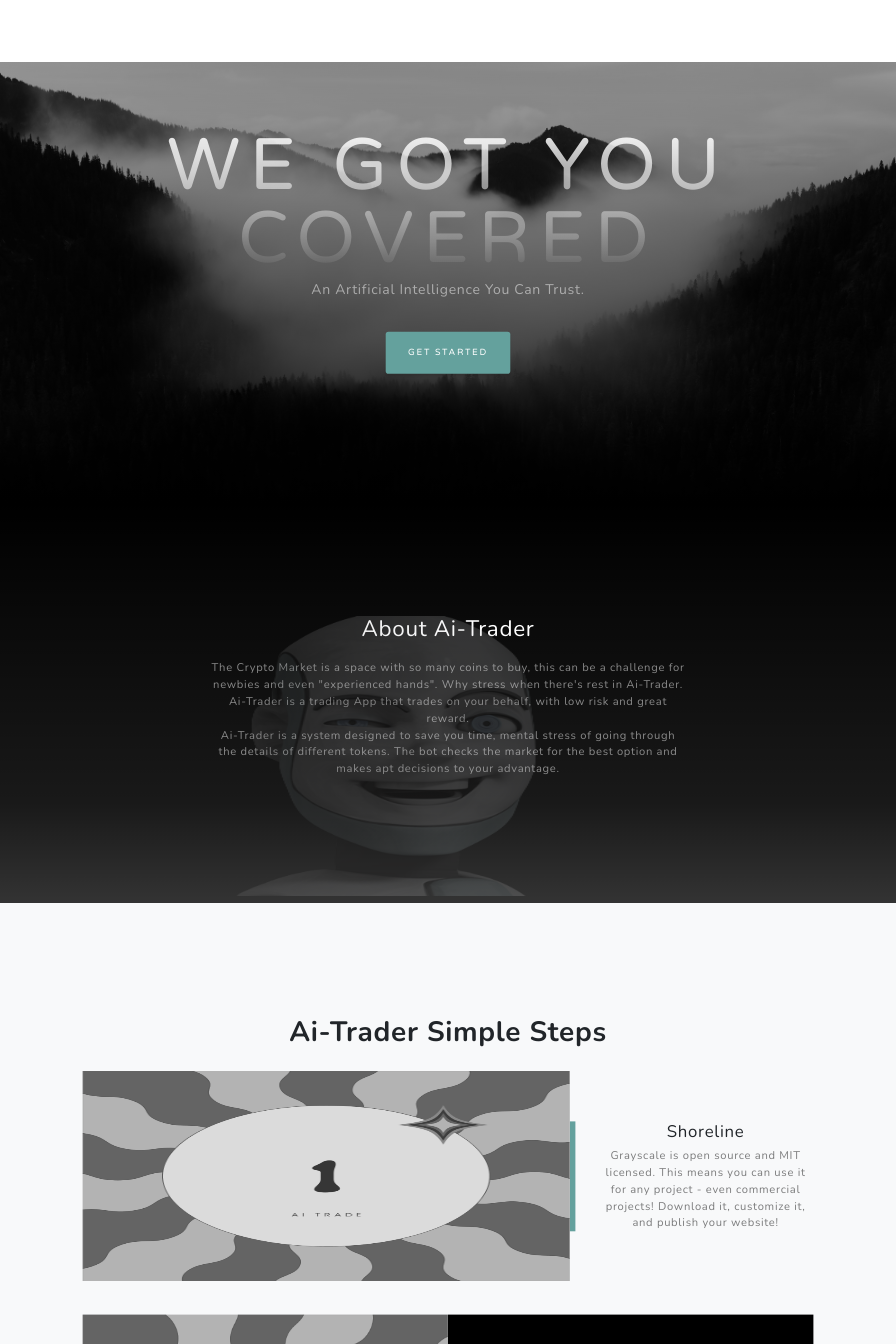
Repository: seyicoded/ico_one
Page: docs/index.html
An editor plug-in stored every save of this project. The page is shown before and after the next save, followed by the edit.
The browser window is 1280 px wide. The pictures show the part of the page from y = 0 to 1920 px (the page is 4178 px tall), at 70% of full size.

Above is the page before, as saved 2022-02-13 17:04:42.

### docs/index.html
<!DOCTYPE html>
<html lang="en">
    <head>
        <meta charset="utf-8" />
        <meta name="viewport" content="width=device-width, initial-scale=1, shrink-to-fit=no" />
        <meta name="description" content="" />
        <meta name="author" content="" />
        <title>Ai-Trader</title>
        <link rel="icon" type="image/x-icon" href="assets/favicon.ico" />
        <!-- Font Awesome icons (free version)-->
        <script src="https://use.fontawesome.com/releases/v5.15.4/js/all.js" crossorigin="anonymous"></script>
        <!-- Google fonts-->
        <link href="https://fonts.googleapis.com/css?family=Varela+Round" rel="stylesheet" />
        <link href="https://fonts.googleapis.com/css?family=Nunito:200,200i,300,300i,400,400i,600,600i,700,700i,800,800i,900,900i" rel="stylesheet" />
        <!-- Core theme CSS (includes Bootstrap)-->
        <link href="css/styles.css" rel="stylesheet" />
        <link href="css/animate.css" rel="stylesheet" />
        <link href="css/custom.css" rel="stylesheet" />
        <script src="js/jquery.js"></script>
        <script src="js/wow.js"></script>
        <script src="js/bs.js"></script>
        <script type="text/javascript">
            //Initiat WOW JS
            window.onload = function(){
                $("#loaderr").hide();
                new WOW().init();
            }
            // new WOW().init();
        </script>
        <style>
            #loaderr{
                position: fixed;
                z-index: 99;
                top: 0;
                bottom: 0;
                left: 0;
                right: 0;
                background: linear-gradient(grey, black);
                display: flex;
                justify-content: center;
                align-items: center;
            }
            #skip-loader{
                position: fixed;
                bottom: 3%;
                right: 3%;
                background-color: transparent;
                color: white;
                border: none;
            }
        </style>
    </head>
    <body id="page-top">
        <!--  loader start -->
        <div id="loaderr">
            <img src="assets/svg/Spin-0.5s-247px.svg" />
            <button id="skip-loader" onclick="$('#loaderr').hide()">skip</button>
        </div>
        <!-- loader stop -->

        <!-- Navigation-->
        <nav class="navbar navbar-expand-lg navbar-light fixed-top" id="mainNav">
            <div class="container px-4 px-lg-5">
                <a class="navbar-brand" href="#page-top">Ai-Trader</a>
                <button class="navbar-toggler navbar-toggler-right" type="button" data-bs-toggle="collapse" data-bs-target="#navbarResponsive" aria-controls="navbarResponsive" aria-expanded="false" aria-label="Toggle navigation">
                    Menu
                    <i class="fas fa-bars"></i>
                </button>
                <div class="collapse navbar-collapse" id="navbarResponsive">
                    <ul class="navbar-nav ms-auto">
                        <li class="nav-item"><a class="nav-link" href="#about">About</a></li>
                        <li class="nav-item"><a class="nav-link" href="#projects">Projects</a></li>
                        <li class="nav-item"><a class="nav-link" href="#signup">Contact</a></li>
                    </ul>
                </div>
            </div>
        </nav>
        <!-- Masthead-->
        <header class="masthead">
            <div class="container px-4 px-lg-5 d-flex h-100 align-items-center justify-content-center">
                <div class="d-flex justify-content-center">
                    <div class="text-center">
                        <h1 class="mx-auto my-0 text-uppercase wow fadeIn animated" data-wow-duration="1090ms" data-wow-delay="1000ms">We Got You Covered</h1>
                        <h2 class="text-white-50 mx-auto mt-2 mb-5 wow fadeIn animated" data-wow-duration="1090ms" data-wow-delay="1300ms">An Artificial Intelligence You Can Trust.</h2>
                        <a class="btn btn-primary wow fadeIn animated" href="#about"  data-wow-duration="1090ms" data-wow-delay="1600ms">Get Started</a>
                    </div>
                </div>
            </div>
        </header>
        <!-- About-->
        <section class="about-section text-center" id="about">
            <div class="container px-4 px-lg-5">
                <div class="row gx-4 gx-lg-5 justify-content-center">
                    <div class="col-lg-8">
                        <h2 class="text-white mb-4">About Ai-Trader</h2>
                        <p class="text-white-50">
                            The Crypto Market is a space with so many coins to buy, this can be a challenge for newbies and even "experienced hands". Why stress when there's rest in Ai-Trader. <br />
                            Ai-Trader is a trading App that trades on your behalf, with low risk and great reward. <br />
                            Ai-Trader is a system designed to save you time, mental stress of going through the details of different tokens. The bot checks the market for the best option and makes apt decisions to your advantage.
                        </p>
                    </div>
                    <img class="img-fluid" src="assets/img/ipad.png" style="filter: grayscale(80%); position: absolute; opacity: 19%; height: 400px;" alt="..." />
                </div>
                <!-- <img class="img-fluid" src="assets/img/ipad.png" style="filter: grayscale(80%); position: absolute; opacity: 30%;" alt="..." /> -->
                <div style="height: 100px;">&nbsp;</div>
            </div>
        </section>
        <!-- Projects-->
        <section class="projects-section bg-light" id="projects">
            <div class="container px-4 px-lg-5">
                <h1 style="text-align: center; font-weight: bold;">Ai-Trader Simple Steps</h1>
                <br />
                <!-- Featured Project Row-->
                <div class="row gx-0 mb-4 mb-lg-5 align-items-center">
                    <div class="col-xl-8 col-lg-7"><img class="img-fluid mb-3 mb-lg-0" src="assets/count/1.png" style="height: 300px; width: 100%; filter: grayscale(80);" alt="..." /></div>
                    <div class="col-xl-4 col-lg-5">
                        <div class="featured-text text-center text-lg-left">
                            <h4>Shoreline</h4>
                            <p class="text-black-50 mb-0">Grayscale is open source and MIT licensed. This means you can use it for any project - even commercial projects! Download it, customize it, and publish your website!</p>
                        </div>
                    </div>
                </div>
                <!-- Project One Row-->
                <div class="row gx-0 mb-5 mb-lg-0 justify-content-center">
                    <div class="col-lg-6"><img class="img-fluid" src="assets/count/2.png" style="filter: grayscale(80);" alt="..." /></div>
                    <div class="col-lg-6">
                        <div class="bg-black text-center h-100 project">
                            <div class="d-flex h-100">
                                <div class="project-text w-100 my-auto text-center text-lg-left">
                                    <h4 class="text-white">Misty</h4>
                                    <p class="mb-0 text-white-50">An example of where you can put an image of a project, or anything else, along with a description.</p>
                                    <hr class="d-none d-lg-block mb-0 ms-0" />
                                </div>
                            </div>
                        </div>
                    </div>
                </div>
                <!-- Project Two Row-->
                <div class="row gx-0 justify-content-center">
                    <div class="col-lg-6"><img class="img-fluid" src="assets/count/3.png" style="filter: grayscale(80);" alt="..." /></div>
                    <div class="col-lg-6 order-lg-first">
                        <div class="bg-black text-center h-100 project">
                            <div class="d-flex h-100">
                                <div class="project-text w-100 my-auto text-center text-lg-right">
                                    <h4 class="text-white">Mountains</h4>
                                    <p class="mb-0 text-white-50">Another example of a project with its respective description. These sections work well responsively as well, try this theme on a small screen!</p>
                                    <hr class="d-none d-lg-block mb-0 me-0" />
                                </div>
                            </div>
                        </div>
                    </div>
                </div>
            </div>
        </section>
        <!-- Signup-->
        <section class="signup-section" id="signup">
            <div class="container px-4 px-lg-5">
                <div class="row gx-4 gx-lg-5">
                    <div class="col-md-10 col-lg-8 mx-auto text-center">
                        <i class="far fa-paper-plane fa-2x mb-2 text-white"></i>
                        <h2 class="text-white mb-5">Subscribe to receive updates!</h2>
                        <!-- * * * * * * * * * * * * * * *-->
                        <!-- * * SB Forms Contact Form * *-->
                        <!-- * * * * * * * * * * * * * * *-->
                        <!-- This form is pre-integrated with SB Forms.-->
                        <!-- To make this form functional, sign up at-->
                        <!-- https://startbootstrap.com/solution/contact-forms-->
                        <!-- to get an API token!-->
                        <form class="form-signup" id="contactForm" data-sb-form-api-token="API_TOKEN">
                            <!-- Email address input-->
                            <div class="row input-group-newsletter">
                                <div class="col"><input class="form-control" id="emailAddress" type="email" placeholder="Enter email address..." aria-label="Enter email address..." data-sb-validations="required,email" /></div>
                                <div class="col-auto"><button class="btn btn-primary disabled" id="submitButton" type="submit">Notify Me!</button></div>
                            </div>
                            <div class="invalid-feedback mt-2" data-sb-feedback="emailAddress:required">An email is required.</div>
                            <div class="invalid-feedback mt-2" data-sb-feedback="emailAddress:email">Email is not valid.</div>
                            <!-- Submit success message-->
                            <!---->
                            <!-- This is what your users will see when the form-->
                            <!-- has successfully submitted-->
                            <div class="d-none" id="submitSuccessMessage">
                                <div class="text-center mb-3 mt-2 text-white">
                                    <div class="fw-bolder">Form submission successful!</div>
                                    To activate this form, sign up at
                                    <br />
                                    <a href="https://startbootstrap.com/solution/contact-forms">https://startbootstrap.com/solution/contact-forms</a>
                                </div>
                            </div>
                            <!-- Submit error message-->
                            <!---->
                            <!-- This is what your users will see when there is-->
                            <!-- an error submitting the form-->
                            <div class="d-none" id="submitErrorMessage"><div class="text-center text-danger mb-3 mt-2">Error sending message!</div></div>
                        </form>
                    </div>
                </div>
            </div>
        </section>
        <!-- Contact-->
        <section class="contact-section bg-black">
            <div class="container px-4 px-lg-5">
                <div class="row gx-4 gx-lg-5">
                    <div class="col-md-4 mb-3 mb-md-0">
                        <div class="card py-4 h-100">
                            <div class="card-body text-center">
                                <i class="fas fa-map-marked-alt text-primary mb-2"></i>
                                <h4 class="text-uppercase m-0">Address</h4>
                                <hr class="my-4 mx-auto" />
                                <div class="small text-black-50">4923 Market Street, Orlando FL</div>
                            </div>
                        </div>
                    </div>
                    <div class="col-md-4 mb-3 mb-md-0">
                        <div class="card py-4 h-100">
                            <div class="card-body text-center">
                                <i class="fas fa-envelope text-primary mb-2"></i>
                                <h4 class="text-uppercase m-0">Email</h4>
                                <hr class="my-4 mx-auto" />
                                <div class="small text-black-50"><a href="#!">hello@yourdomain.com</a></div>
                            </div>
                        </div>
                    </div>
                    <div class="col-md-4 mb-3 mb-md-0">
                        <div class="card py-4 h-100">
                            <div class="card-body text-center">
                                <i class="fas fa-mobile-alt text-primary mb-2"></i>
                                <h4 class="text-uppercase m-0">Phone</h4>
                                <hr class="my-4 mx-auto" />
                                <div class="small text-black-50">+1 (555) 902-8832</div>
                            </div>
                        </div>
                    </div>
                </div>
                <div class="social d-flex justify-content-center">
                    <a class="mx-2" href="#!"><i class="fab fa-twitter"></i></a>
                    <a class="mx-2" href="#!"><i class="fab fa-facebook-f"></i></a>
                    <a class="mx-2" href="#!"><i class="fab fa-github"></i></a>
                </div>
            </div>
        </section>
        <!-- Footer-->
        <footer class="footer bg-black small text-center text-white-50"><div class="container px-4 px-lg-5">Copyright &copy; Your Website 2021</div></footer>
        <!-- Bootstrap core JS-->
        <script src="https://cdn.jsdelivr.net/npm/bootstrap@5.1.3/dist/js/bootstrap.bundle.min.js"></script>
        <!-- Core theme JS-->
        <script src="js/scripts.js"></script>

        <!-- * * * * * * * * * * * * * * * * * * * * * * * * * * * * * * * * * * * * * * * *-->
        <!-- * *                               SB Forms JS                               * *-->
        <!-- * * Activate your form at https://startbootstrap.com/solution/contact-forms * *-->
        <!-- * * * * * * * * * * * * * * * * * * * * * * * * * * * * * * * * * * * * * * * *-->
        <script src="https://cdn.startbootstrap.com/sb-forms-latest.js"></script>
    </body>
</html>

### docs/js/scripts.js
/*!
* Start Bootstrap - Grayscale v7.0.4 (https://startbootstrap.com/theme/grayscale)
* Copyright 2013-2021 Start Bootstrap
* Licensed under MIT (https://github.com/StartBootstrap/startbootstrap-grayscale/blob/master/LICENSE)
*/
//
// Scripts
//

window.addEventListener('DOMContentLoaded', event => {

    // Navbar shrink function
    var navbarShrink = function () {
        const navbarCollapsible = document.body.querySelector('#mainNav');
        if (!navbarCollapsible) {
            return;
        }
        if (window.scrollY === 0) {
            navbarCollapsible.classList.remove('navbar-shrink')
        } else {
            navbarCollapsible.classList.add('navbar-shrink')
        }

    };

    // Shrink the navbar
    navbarShrink();

    // Shrink the navbar when page is scrolled
    document.addEventListener('scroll', navbarShrink);

    // Activate Bootstrap scrollspy on the main nav element
    const mainNav = document.body.querySelector('#mainNav');
    if (mainNav) {
        new bootstrap.ScrollSpy(document.body, {
            target: '#mainNav',
            offset: 74,
        });
    };

    // Collapse responsive navbar when toggler is visible
    const navbarToggler = document.body.querySelector('.navbar-toggler');
    const responsiveNavItems = [].slice.call(
        document.querySelectorAll('#navbarResponsive .nav-link')
    );
    responsiveNavItems.map(function (responsiveNavItem) {
        responsiveNavItem.addEventListener('click', () => {
            if (window.getComputedStyle(navbarToggler).display !== 'none') {
                navbarToggler.click();
            }
        });
    });

});

Loaded but not shown: docs/css/styles.css (library); docs/css/animate.css (library); docs/js/jquery.js (library); docs/js/wow.js (library); docs/js/bs.js (library); docs/css/custom.css (no stored copy; drawn as an empty file)

After the next save:
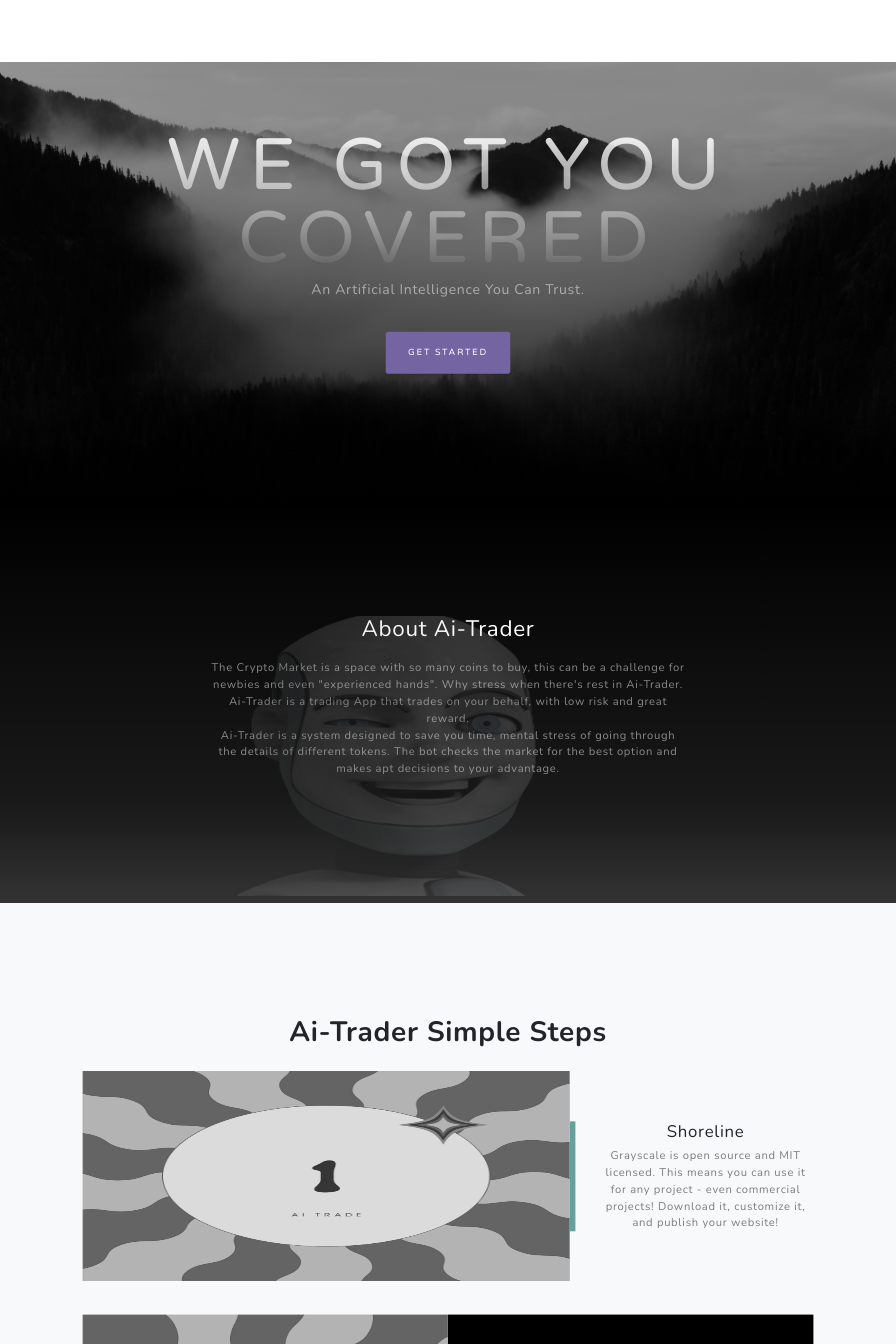
Saved 48 s later.
--- a/docs/index.html
+++ b/docs/index.html
@@ -82,7 +82,7 @@
                     <div class="text-center">
                         <h1 class="mx-auto my-0 text-uppercase wow fadeIn animated" data-wow-duration="1090ms" data-wow-delay="1000ms">We Got You Covered</h1>
                         <h2 class="text-white-50 mx-auto mt-2 mb-5 wow fadeIn animated" data-wow-duration="1090ms" data-wow-delay="1300ms">An Artificial Intelligence You Can Trust.</h2>
-                        <a class="btn btn-primary wow fadeIn animated" href="#about"  data-wow-duration="1090ms" data-wow-delay="1600ms">Get Started</a>
+                        <a class="btn btn-secondary wow fadeIn animated" href="#about"  data-wow-duration="1090ms" data-wow-delay="1600ms">Get Started</a>
                     </div>
                 </div>
             </div>
